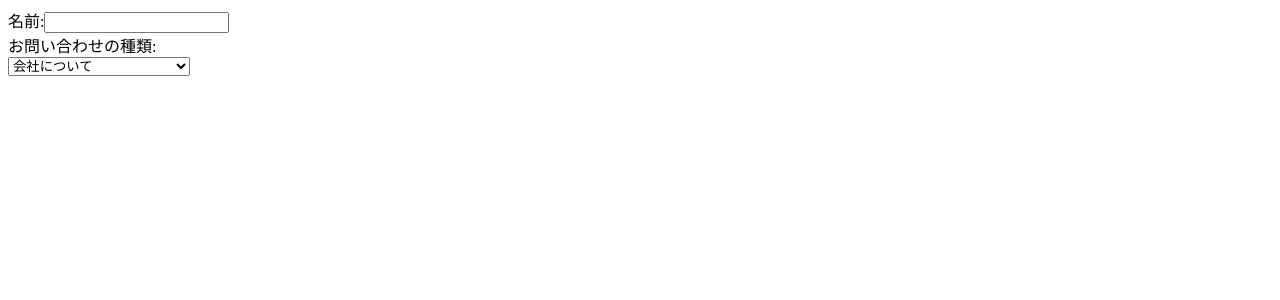
Repository: takahashisho/test
Page: http://localhost/WebProj4/inquiry.jsp
The author's editor kept a copy of each file at every save. The page is drawn from the files as they stood at one save, then again after the next save.
The browser window is 1280 px wide. The pictures show the whole page.
The page is served by Tomcat 9. Other server files are loaded and not shown.

Above is the page before, as saved 2018-05-11 12:28:53.

### WebProj4/WebContent/inquiry.jsp
<%@ page language="java" contentType="text/html; charset=UTF-8"
    pageEncoding="UTF-8"%>
<%@ taglib prefix="s" uri="/struts-tags" %>
<!DOCTYPE html>
<html>
<head>
<meta charset=UTF-8>
<title>お問い合わせフォーム</title>
</head>
<body>
	<s:form method="post" action="InquiryCompleteAction">
		名前:<input type="text" name="name"/><br>
		お問い合わせの種類:<br>
		<select name="qtype">
			<option value="company">会社について</option>
			<option value="product">製品について</option>
			<option value="support">アフターサポートについて</option>
		</select>
	</s:form>
</body>
</html>

After the next save:
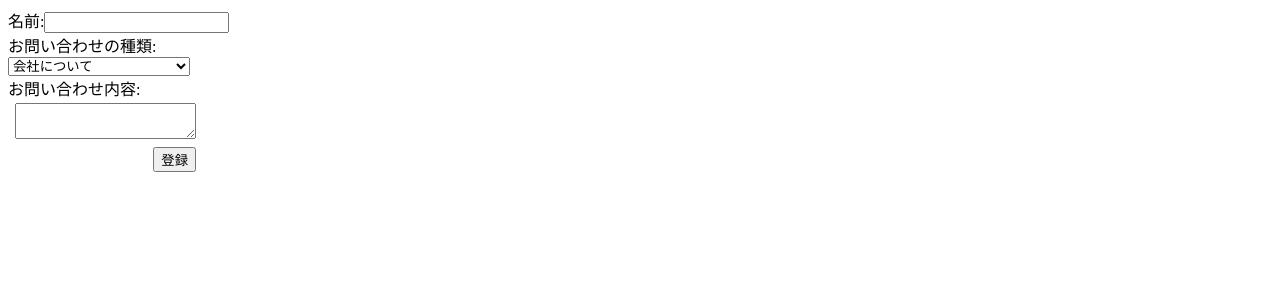
Saved 94 s later.
--- a/WebProj4/WebContent/inquiry.jsp
+++ b/WebProj4/WebContent/inquiry.jsp
@@ -16,6 +16,10 @@
 			<option value="product">製品について</option>
 			<option value="support">アフターサポートについて</option>
 		</select>
+		<br>
+		お問い合わせ内容:
+		<s:textarea name="body"/>
+		<br> <s:submit value="登録"/>
 	</s:form>
 </body>
 </html>
